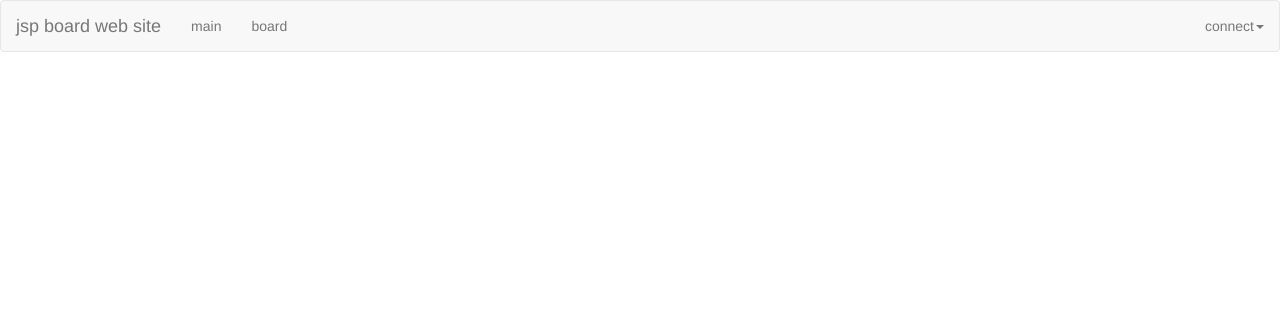
Repository: dudgh9661/JSP
Page: http://localhost/board/join.jsp
The author's editor kept a copy of each file at every save. The page is drawn from the files as they stood at one save, then again after the next save.
The browser window is 1280 px wide. The pictures show the whole page.
Some web libraries are served in a nearby version. The page is served by Tomcat 9. Other server files are loaded and not shown.

Above is the page before, as saved 2020-08-05 06:06:00.

### board/WebContent/join.jsp
<%@ page language="java" contentType="text/html; charset=UTF-8"
    pageEncoding="UTF-8"%>
<!DOCTYPE html>
<html>
<head>
<meta http-equiv="Content-Type" content="text/html; charset=UTF-8">
 <meta name="viewport" content="width=device-width, initial-scale=1">
<link href="./css/bootstrap.css" rel="stylesheet">
<title>afdfs</title>
</head>
<body>
	<nav class="navbar navbar-default">
		<div class="navbar-header">
			<button type="button" class="navbar-toggle collapsed"
				data-toggle="collapse" data-target="#bs-example-navbar-collapse-1"
				aria-expanded="false">
				<span class="icon-bar"></span>
				<span class="icon-bar"></span>
				<span class="icon-bar"></span>
			</button>
			<a class="navbar-brand" href="main.jsp">jsp board web site</a>
		</div>
		<div class="collpase navbar-collapse" id="bs-example-navbar-collapse-1">
			<ul class="nav navbar-nav">
				<li><a href="main.jsp">main</a></li>
				<li><a href="bbs.jsp">board</a></li>
			</ul>
			<ul class="nav navbar-nav navbar-right">
				<li class="dropdown">
					<a href="#" class="dropdown-toggle"
						data-toggle="dropdown" role="button" aria-haspopup="true"
						aria-expanded="false">connect<span class="caret"></span>
					</a>
					<ul class="dropdown-menu">
						<li class="active"><a href="login.jsp">login</a></li>
						<li><a href="join.jsp">join</a></li>
					</ul>
				</li>
			</ul>
		</div>
	</nav>
	 <script src="https://ajax.googleapis.com/ajax/libs/jquery/3.2.1/jquery.min.js"></script>
 	<script src="https://maxcdn.bootstrapcdn.com/bootstrap/3.3.7/js/bootstrap.min.js"></script>
</body>
</html>

Loaded but not shown: board/WebContent/css/bootstrap.css (library)

After the next save:
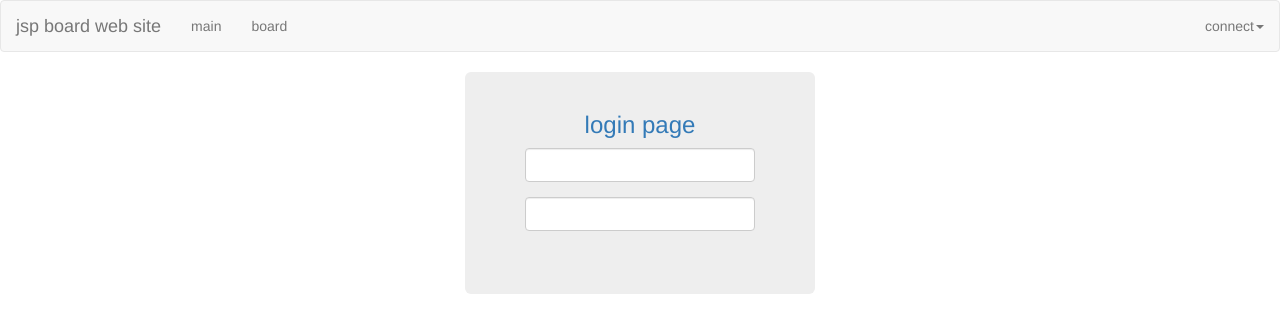
Saved 11 min 22 s later.
--- a/board/WebContent/join.jsp
+++ b/board/WebContent/join.jsp
@@ -39,6 +39,25 @@
 			</ul>
 		</div>
 	</nav>
+
+	<div class="container">
+		<div class="col-lg-4"></div>
+		<div class="col-lg-4">
+			<div class="jumbotron" style="padding-top: 20px;"><a>
+				<form method="post" action="LoginAction.jsp">
+					<h3 style="text-align: center;">login page</h3>
+					<div class="form-group">
+						<input type="text" class="form-control" placegholder="id" name="userID" maxlength="20">
+					</div>
+					<div class="form-group">
+						<input type="password" class="form-control" placegholder="password" name="userPassword" maxlength="20">
+					</div>
+				</form>
+			</a></div>
+		</div>
+		<div class="col-lg-4"></div>
+	</div>
+
 	 <script src="https://ajax.googleapis.com/ajax/libs/jquery/3.2.1/jquery.min.js"></script>
  	<script src="https://maxcdn.bootstrapcdn.com/bootstrap/3.3.7/js/bootstrap.min.js"></script>
 </body>
